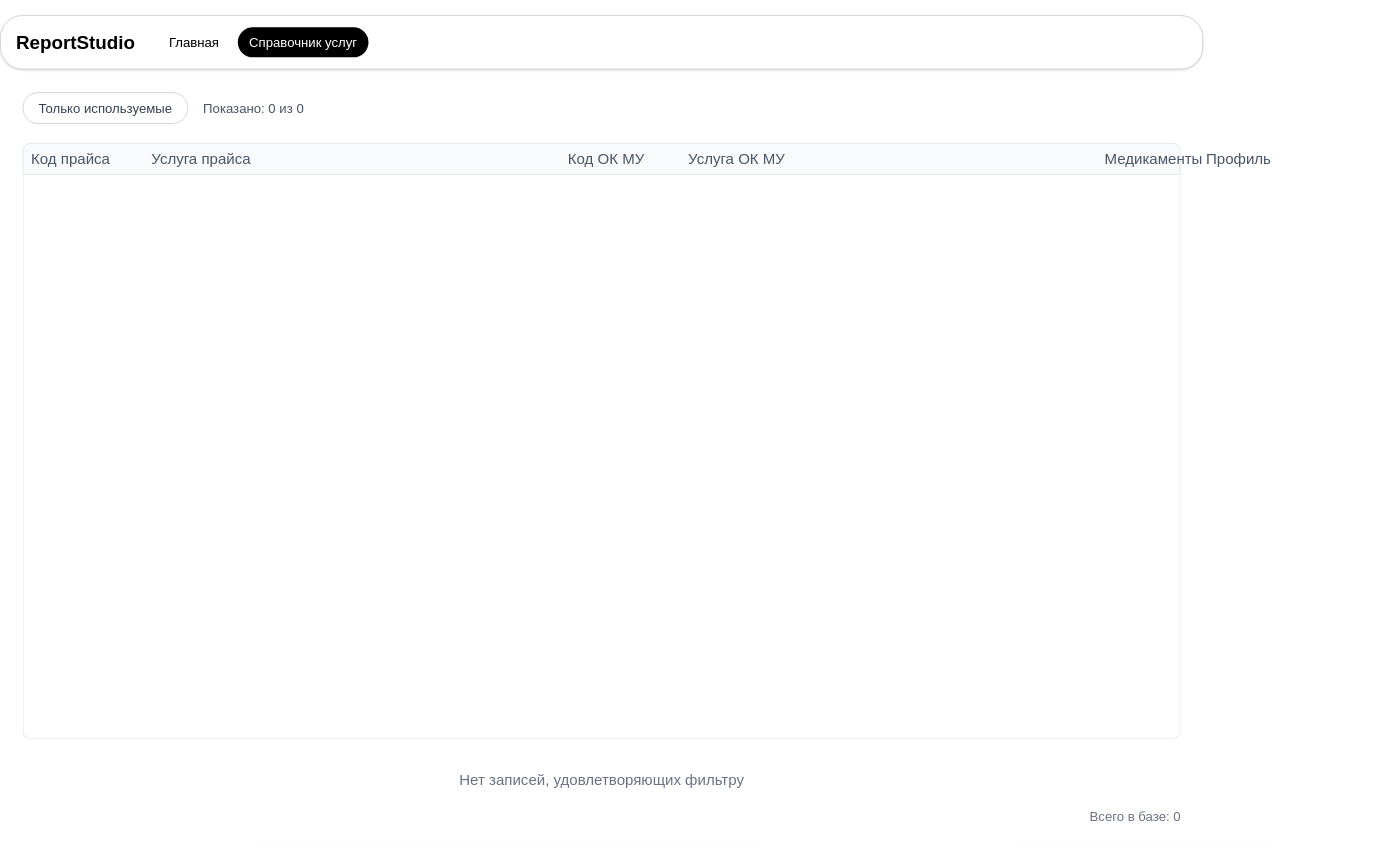
Repository: vladzap2423/report_studio_v2
Page: /services
The author's editor kept a copy of each file at every save. The page is drawn from the files as they stood at one save, then again after the next save.
The browser window is 1280 px wide. The page is 1483 px wide, so the pictures cover 1483 px, including what lies to the right of the window. The pictures show the whole page, at 94% of full size.
The page's requests for data from a server got no answer. The project was rebuilt for these pictures with package versions that can differ from the ones it lists, and the page was loaded fresh each time. The framework's server and built-in components were replaced by stand-ins that run in the browser. No one was signed in, and anything a server would have sent is missing. Also part of the build but not shown: next.config.ts.

Above is the page before, as saved 2026-03-16 15:40:01.

After the next save:
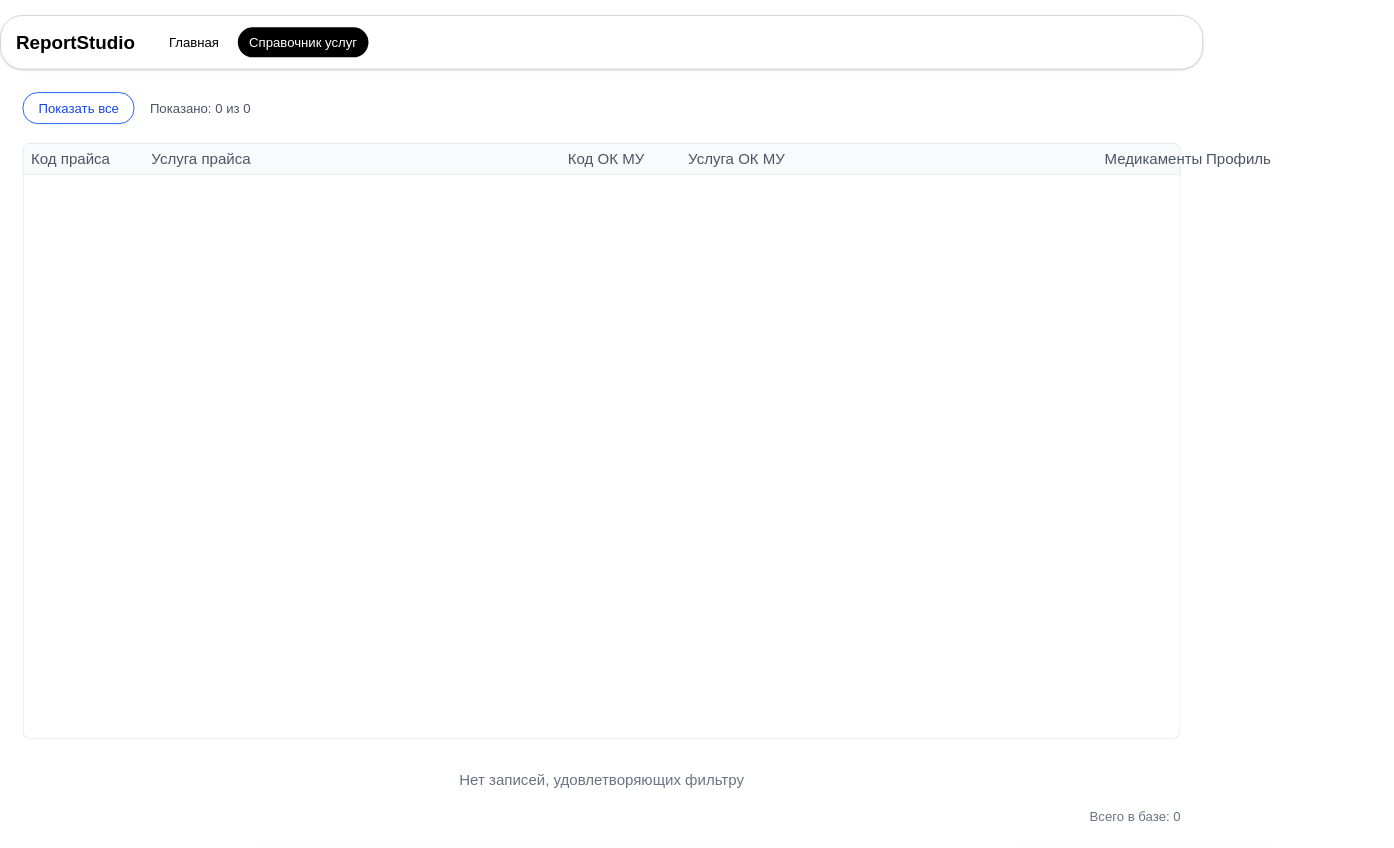
Saved 72 s later.
--- a/src/app/services/page.tsx
+++ b/src/app/services/page.tsx
@@ -17,7 +17,7 @@ type Service = {
 export default function ServicesPage() {
   const [services, setServices] = useState<Service[]>([]);
   const [profiles, setProfiles] = useState<string[]>([]);
-  const [showOnlyUsed, setShowOnlyUsed] = useState(false);
+  const [showOnlyUsed, setShowOnlyUsed] = useState(true);
   const [loading, setLoading] = useState(true);
 
   const parentRef = useRef<HTMLDivElement>(null);
